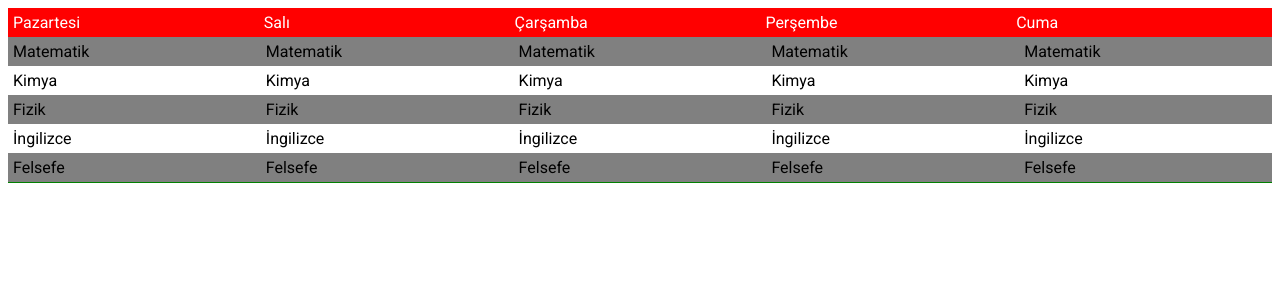
Repository: ahmetbugraozcan/css-ders-programi
Page: deneme.html
An editor plug-in stored every save of this project. The page is shown before and after the next save, followed by the edit.
The browser window is 1280 px wide. The pictures show the whole page.

Above is the page before, as saved 2021-07-10 09:42:49.

### deneme.html
<!DOCTYPE html>
<html lang="en">

<head>
    <link href='http://fonts.googleapis.com/css?family=Roboto' rel='stylesheet' type='text/css'>

    <meta charset="UTF-8">
    <meta http-equiv="X-UA-Compatible" content="IE=edge">
    <meta name="viewport" content="width=device-width, initial-scale=1.0">
    <title>Document</title>
</head>
<style>

body {
          font-family: 'Roboto', sans-serif;

        }

    header {
        background-color: rgb(29, 175, 29);
        color: white;
        justify-content: center;
    background: red;
    padding: 5px;
    }

    header,
    .row {
        display: flex;
        /* aligns all child elements (flex items) in a row */
    }

    .col :nth-of-type(odd){
        background-color:grey ;
    }
    .col :last-child {
        border-bottom: 1px solid green;
    }
    .col > div , header{
        padding: 5px;

    }

    .col {
        flex: 1;
        /* distributes space on the line equally among items */
    }
</style>

<body>

    <header>
        <div class="col">Pazartesi</div>
        <div class="col">Salı</div>
        <div class="col">Çarşamba</div>
        <div class="col">Perşembe</div>
        <div class="col">Cuma</div>
    </header>
    <div class="row">
        <div class="col">
            <div>Matematik</div>
            <div>Kimya</div>
            <div>Fizik</div>
            <div>İngilizce</div>
            <div>Felsefe</div>
        </div>
        <div class="col"><div>Matematik</div><div>Kimya</div>
            <div>Fizik</div>
            <div>İngilizce</div>
            <div>Felsefe</div>
        </div>
        <div class="col"><div>Matematik</div>
            <div>Kimya</div>
            <div>Fizik</div>
            <div>İngilizce</div>
            <div>Felsefe</div>
        </div>
        <div class="col"><div>Matematik</div><div>Kimya</div>
            <div>Fizik</div>
            <div>İngilizce</div>
            <div>Felsefe</div>
        </div>
        <div class="col"><div>Matematik</div>
            <div>Kimya</div>
            <div>Fizik</div>
            <div>İngilizce</div>
            <div>Felsefe</div>
        </div>
    </div>
</body>

</html>

After the next save:
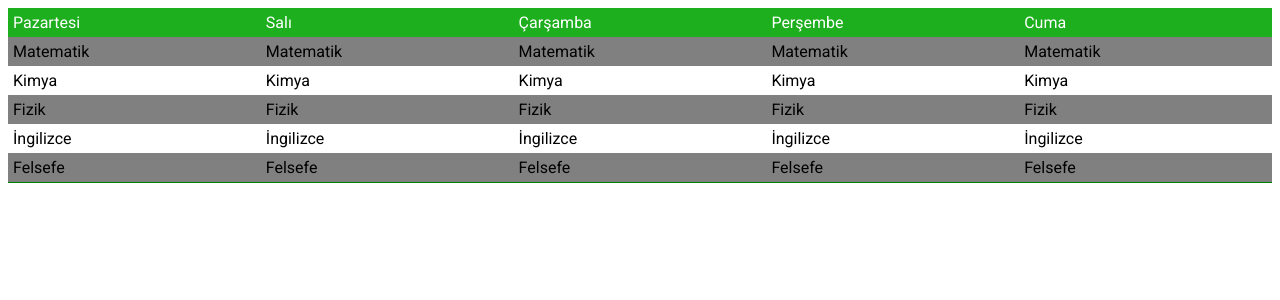
Saved 25 s later.
--- a/deneme.html
+++ b/deneme.html
@@ -19,9 +19,6 @@ body {
     header {
         background-color: rgb(29, 175, 29);
         color: white;
-        justify-content: center;
-    background: red;
-    padding: 5px;
     }
 
     header,
@@ -36,7 +33,7 @@ body {
     .col :last-child {
         border-bottom: 1px solid green;
     }
-    .col > div , header{
+    .col > div , header > div{
         padding: 5px;
 
     }
